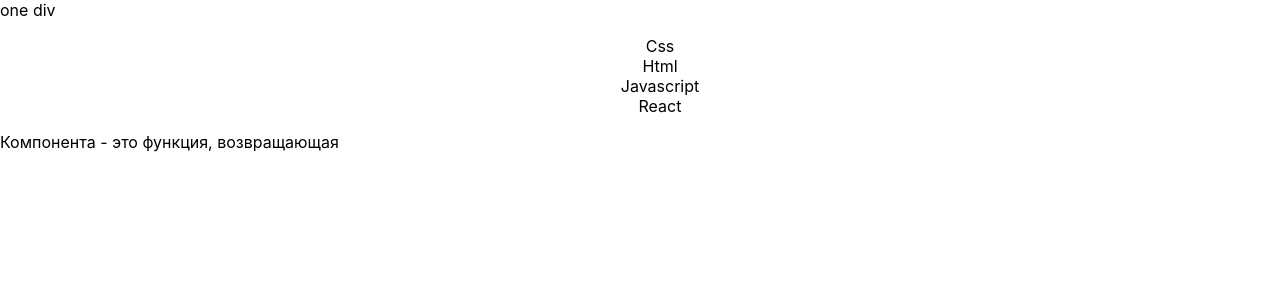
Repository: VladimirSolovyov/React
Page: /
These files come from the project's save history. The page is drawn as it stood at one moment and after a run of saves; the edit follows.
The browser window is 1280 px wide. The pictures show the whole page.
The project was rebuilt for these pictures with package versions that can differ from the ones it lists, and the page was loaded fresh each time.

Above is the page before, as saved 2020-03-12 11:28:01.

After the next 2 saves:
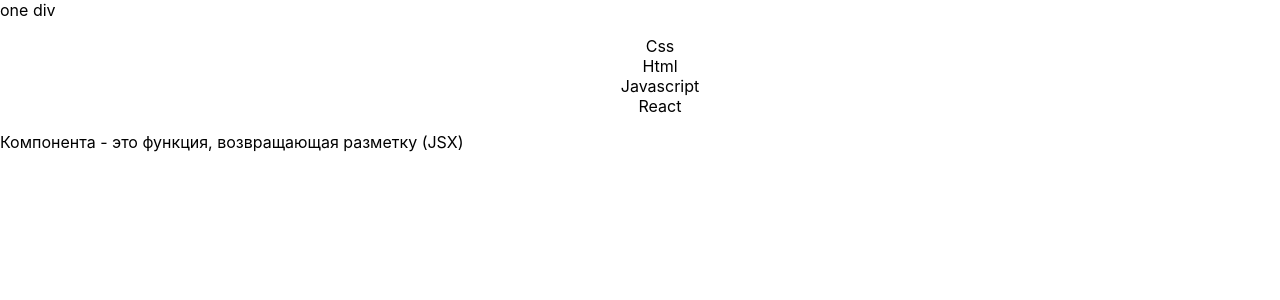
The 2 saves are shown as one change because they came seconds apart.
The last was saved 15 s later.
--- a/src/App.js
+++ b/src/App.js
@@ -14,7 +14,7 @@ const App = () => {
         </ul>
       </div>
       <div>
-        <p>Компонента - это функция, возвращающая</p>
+        <p>Компонента - это функция, возвращающая разметку (JSX)</p>
       </div>
     </div>
   );
